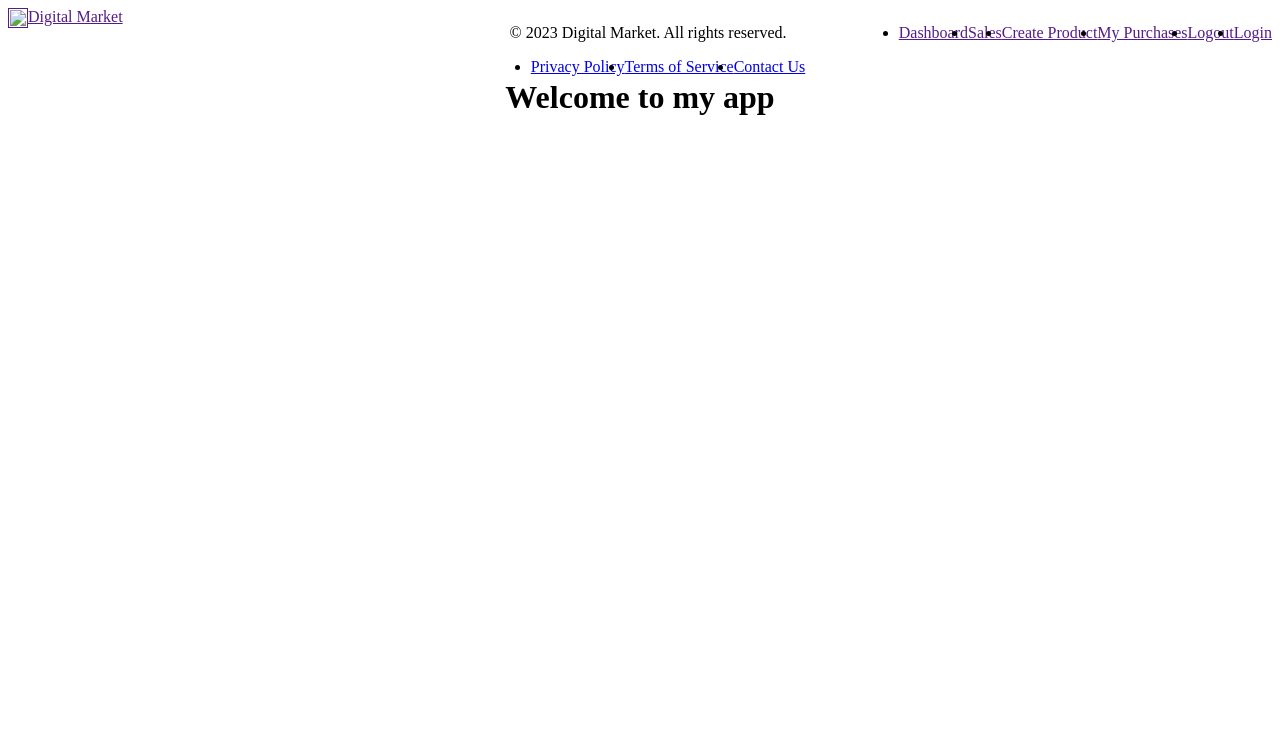
Repository: Zedestar/DigitalMarket_django
Page: http://localhost/
An editor plug-in stored every save of this project. The page is shown before and after the next save, followed by the edit.
The browser window is 1280 px wide. The page is 1288 px wide, so the pictures cover 1288 px, including what lies to the right of the window. The pictures show the whole page.
The page is served by the project's application, run on Django 5.2 (manage.py). Other server files are loaded and not shown. Style sheets and scripts are compiled from the project's sources, by tool versions that may differ from the author's.

Above is the page before, as saved 2025-03-19 17:50:41.

### myapp/templates/myapp/index.html
{% extends 'base.html' %}
{% block body %}
    <div class="container mx-auto">
        <h1 class="text-xl font-bold text-center mt-2">Welcome to my app</h1>
    </div>
{% endblock body %}

### templates/base.html
{% load static %}
<!DOCTYPE html>
<html lang="en">
    <head>
        <meta charset="UTF-8">
        <meta name="viewport" content="width=device-width, initial-scale=1.0">
        <meta name="keywords">
        <meta name="description">
        <title>Document</title>
        <link rel="stylesheet" href="{% static 'tailwind/styles.css' %}">
    </head>
    <body class="bg-gray-200 flex flex-col min-h-screen">
        {% include 'partials/navbar.html' %}
        <main class="">
            {% block body %}
            {% endblock body %}
        </main>
        {% include 'partials/footer.html' %}
    </body>
</html>

### templates/partials/navbar.html
<nav class="flex justify-between shadow-lg py-2 text-sm font-medium">
    <a href="" class="flex ml-6">
        <img src="" alt="" height="20px" width="20px">
        <span class="mx-2">Digital Market</span>
    </a>
    <ul class="mr-6 flex">
        <li class="mx-4">
            <a href="">Dashboard</a>
        </li>
        <li class="mx-4">
            <a href="">Sales</a>
        </li>
        <li class="mx-4">
            <a href="">Create Product</a>
        </li>
        <li class="mx-4">
            <a href="">My Purchases</a>
        </li>
        <li class="mx-4">
            <a href="">Logout</a>
        </li>
        <li class="mx-4">
            <a href="">Login</a>
        </li>
    </ul>
</nav>

### templates/partials/footer.html
<footer class="bg-gray-200 text-black py-1 shadow-lg absolute bottom-0 w-full">
    <div class="container mx-auto text-center">
        <p>&copy; 2023 Digital Market. All rights reserved.</p>
        <ul class="flex justify-center">
            <li class="mx-4">
                <a href="#" class="hover:underline">Privacy Policy</a>
            </li>
            <li class="mx-4">
                <a href="#" class="hover:underline">Terms of Service</a>
            </li>
            <li class="mx-4">
                <a href="#" class="hover:underline">Contact Us</a>
            </li>
        </ul>
    </div>
</footer>

### myapp/views.py
from django.shortcuts import render
from .models import Product

# Create your views here.


def index(request):
    products = Product.objects.all()
    context = {
        'products' : products
    }
    return render(request, 'myapp/index.html', context=context)

### DigitalMarket/urls.py
"""
URL configuration for DigitalMarket project.

The `urlpatterns` list routes URLs to views. For more information please see:
    https://docs.djangoproject.com/en/5.1/topics/http/urls/
Examples:
Function views
    1. Add an import:  from my_app import views
    2. Add a URL to urlpatterns:  path('', views.home, name='home')
Class-based views
    1. Add an import:  from other_app.views import Home
    2. Add a URL to urlpatterns:  path('', Home.as_view(), name='home')
Including another URLconf
    1. Import the include() function: from django.urls import include, path
    2. Add a URL to urlpatterns:  path('blog/', include('blog.urls'))
"""
from django.contrib import admin
from django.urls import path, include
from django.conf import settings
from django.conf.urls.static import static

urlpatterns = [
    path('admin/', admin.site.urls),
    path('', include('myapp.urls')),
]

urlpatterns += static(settings.MEDIA_URL, document_root=settings.MEDIA_ROOT)

### myapp/urls.py
from .  import views
from django.urls import path

urlpatterns = [
    path('', views.index, name='index_view'),
]

Loaded but not shown: static/tailwind/tailwindClasses.css (common file)

After the next save:
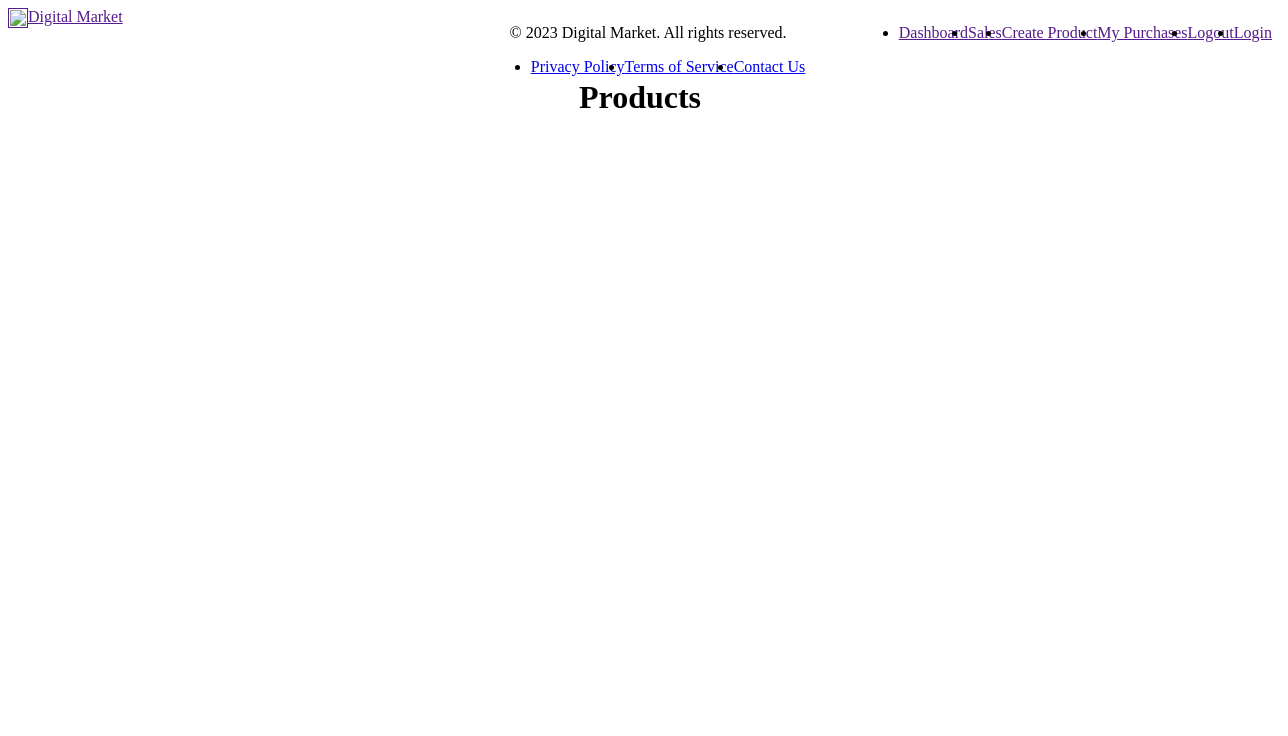
Saved 16 s later.
--- a/myapp/templates/myapp/index.html
+++ b/myapp/templates/myapp/index.html
@@ -1,6 +1,6 @@
 {% extends 'base.html' %}
 {% block body %}
     <div class="container mx-auto">
-        <h1 class="text-xl font-bold text-center mt-2">Welcome to my app</h1>
+        <h1 class="text-xl font-bold text-center mt-2">Products</h1>
     </div>
 {% endblock body %}
